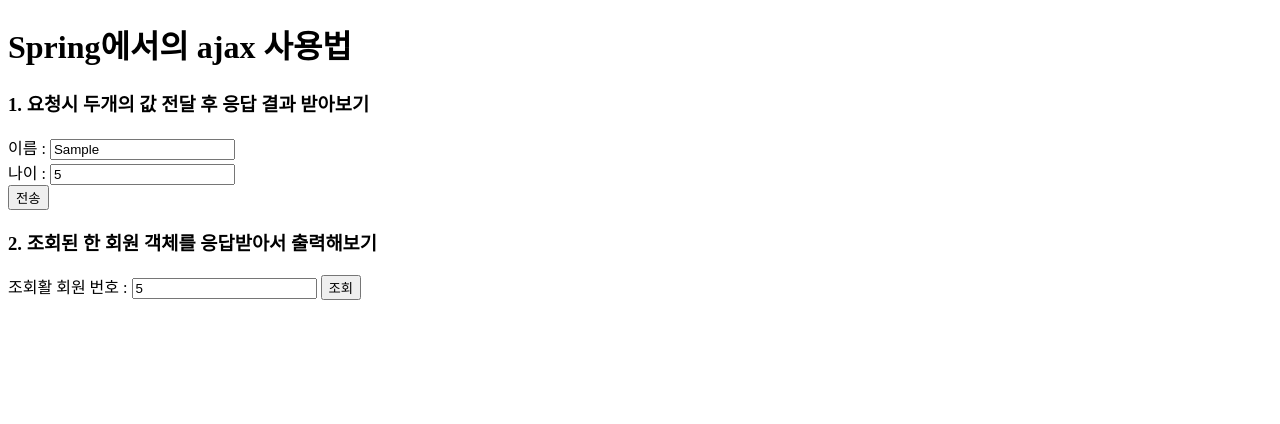
Repository: alsrnr45/SpringStudying
Page: http://localhost/ajaxProject/
These files come from the project's save history. The page is drawn as it stood at one moment and after the next save; the edit follows.
The browser window is 1280 px wide. The pictures show the whole page.
Empty fields were first filled with sample values (such as "Sample", 5 or name@example.com).
After loading, the first visible `button[onclick="ajaxTest2();"]` was clicked once.
The page is served by Tomcat 9.

Above is the page before, as saved 2021-06-04 01:16:15.

After the next save:
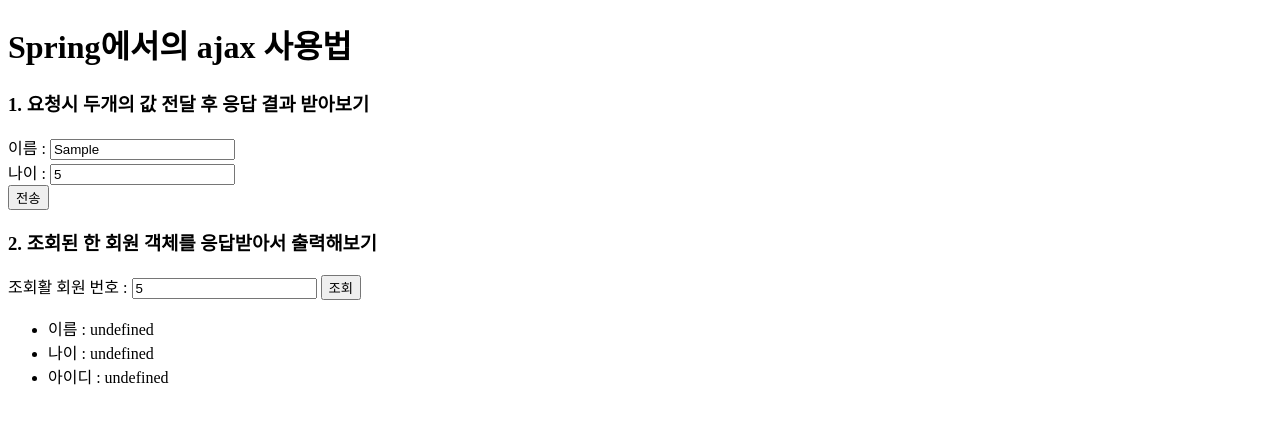
Saved 41 s later.
--- a/ajaxProject/src/main/webapp/index.jsp
+++ b/ajaxProject/src/main/webapp/index.jsp
@@ -68,6 +68,7 @@
 								+ "<li>나이 : " + obj.age + "</li>"
 								+ "<li>아이디 : " + obj.userId + "</li>"
 								+ "</ul>";
+					$("#result2").html(value);
 
 				}, error:function(){
 					console.log("ajax 통신 실패");
